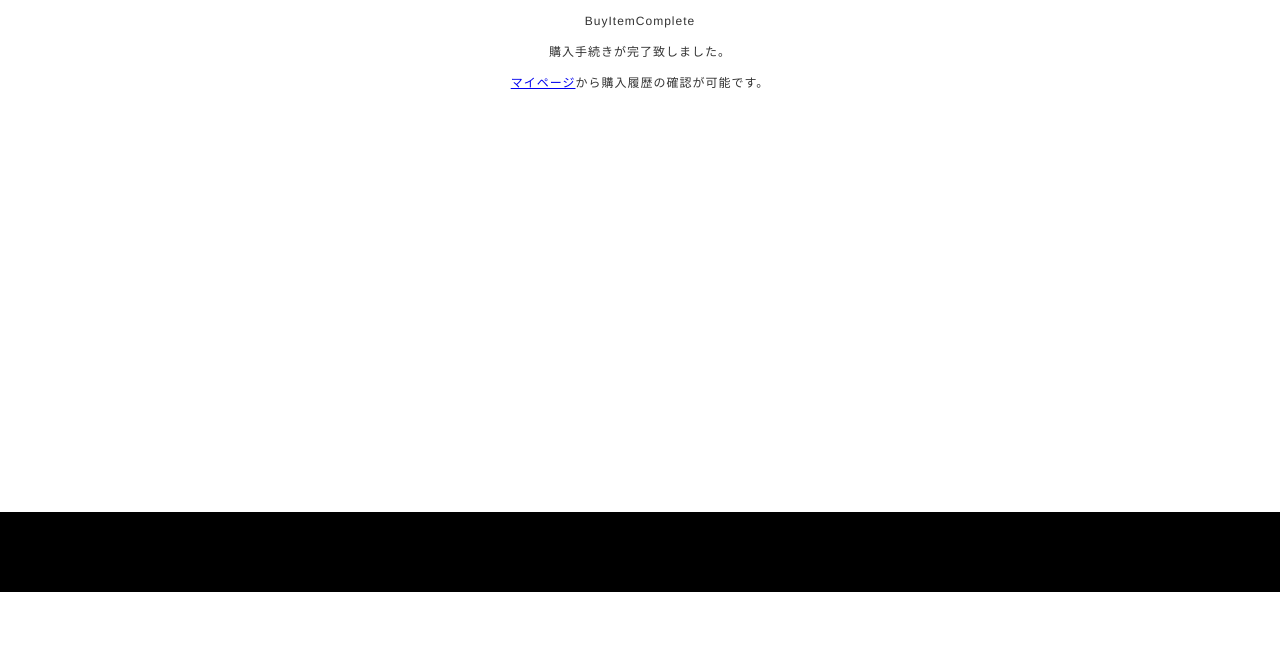
Repository: watasyaada/test
Page: http://localhost/template/buyItemComplete.jsp
The author's editor kept a copy of each file at every save. The page is drawn from the files as they stood at one save, then again after the next save.
The browser window is 1280 px wide. The pictures show the whole page.
The page is served by Tomcat 9.

Above is the page before, as saved 2018-06-22 07:47:39.

After the next save:
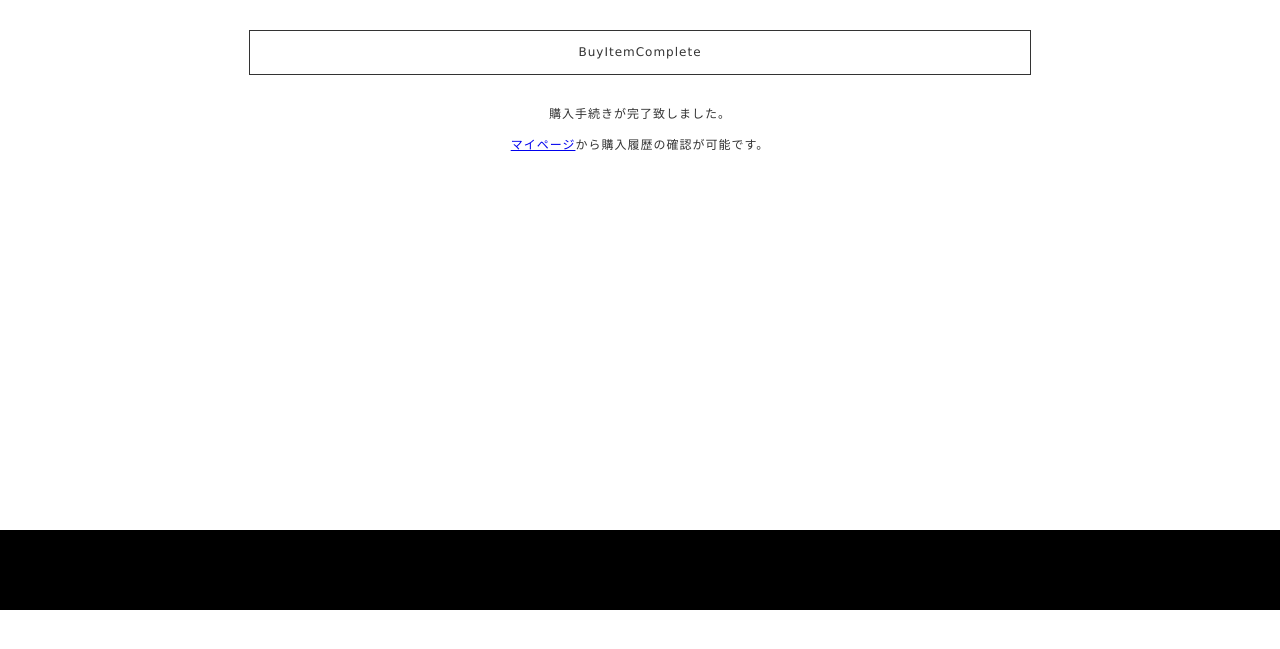
Saved 13 min 36 s later.
--- a/template/WebContent/buyItemComplete.jsp
+++ b/template/WebContent/buyItemComplete.jsp
@@ -9,7 +9,7 @@
 <meta http-equiv="Content-Script-Type" content="text/javascript" />
 <meta http-equiv="imagetoolbar" content="no" />
 <meta name="description" content="" />
-<meta name="keyword" content="" />
+<meta name="keywords" content="" />
 <title>buyItemComplete画面</title>
 
 <style type="text/css">
@@ -19,13 +19,20 @@
          padding:0;
          line-height:1.6;
          letter-spacing:1px;
-         font-family:Verbana, Helvetica, sans-serif;
+         font-family:Verdana, Helvetica, sans-serif;
          font-size:12px;
          color:#333;
          background:#fff;
          }
 
          table{
+         width:780px;
+         margin:30px auto;
+         border:1px solid #333;
+         }
+
+         /* ========ID LAYOUT======== */
+         #top{
          width:780px;
          margin:30px auto;
          border:1px solid #333;
